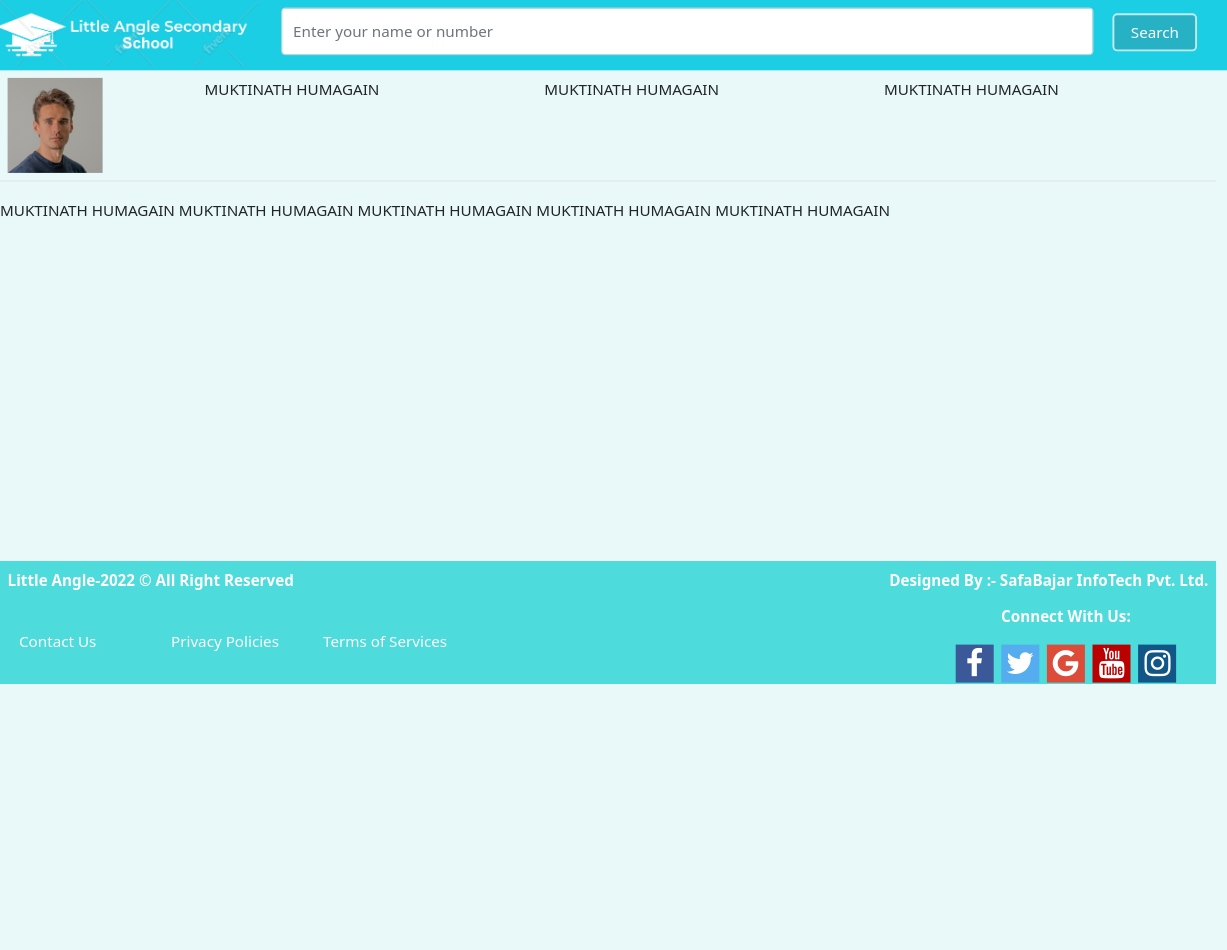
Repository: Sjuicyy/School-Project
Page: profilesview.html
These files come from the project's save history. The page is drawn as it stood at one moment and after the next save; the edit follows.
The browser window is 1280 px wide. The page is 1292 px wide, so the pictures cover 1292 px, including what lies to the right of the window. The pictures show the whole page, at 95% of full size.

Above is the page before, as saved 2022-09-22 11:33:23.

After the next save:
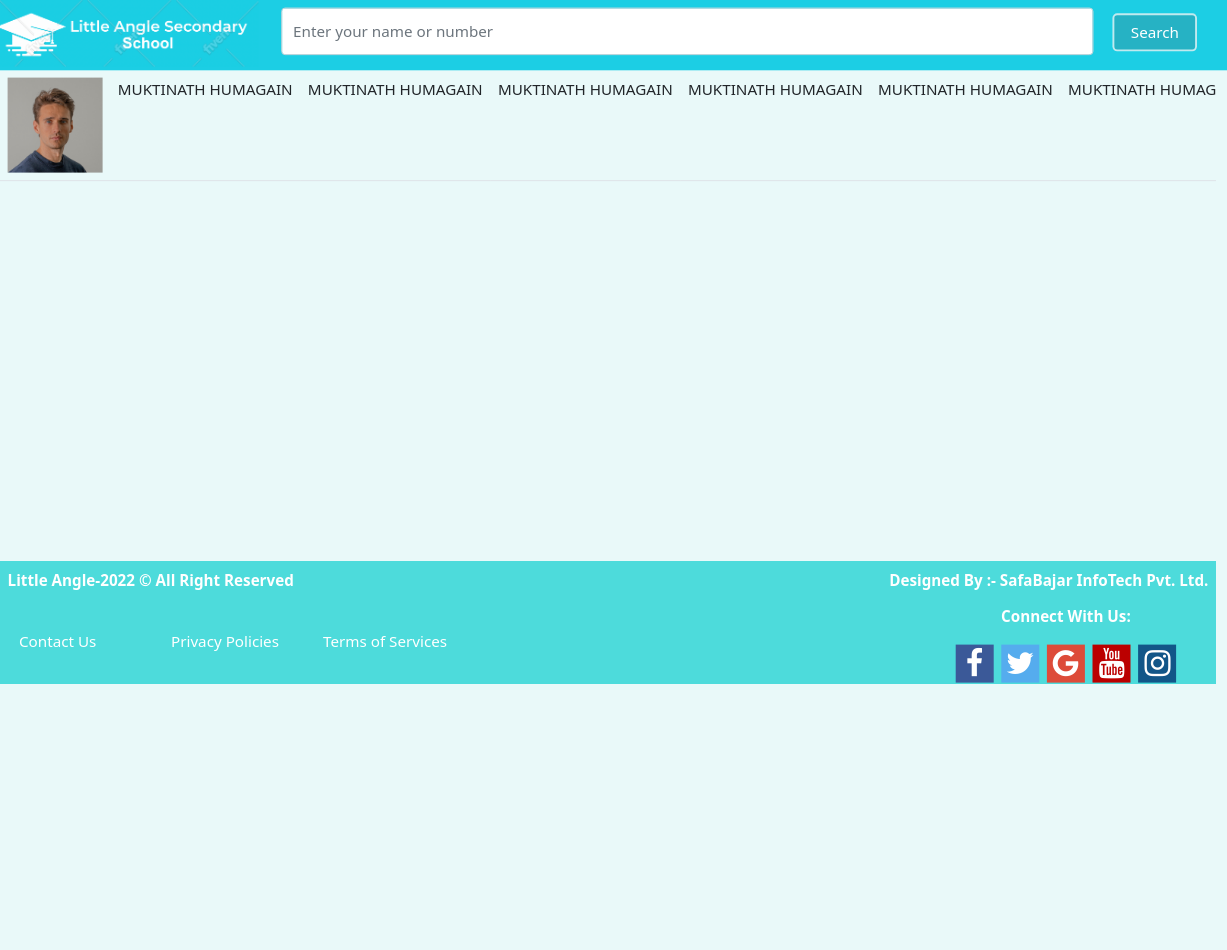
Saved 5 s later.
--- a/profilesview.html
+++ b/profilesview.html
@@ -243,9 +243,6 @@
                     <td>MUKTINATH HUMAGAIN</td>
                     <td>MUKTINATH HUMAGAIN</td>
                     <td>MUKTINATH HUMAGAIN</td>
-                    <table>
-                        <td></td>
-                    </table>
                     <td>MUKTINATH HUMAGAIN</td>
                     <td>MUKTINATH HUMAGAIN</td>
                     <td>MUKTINATH HUMAGAIN</td>
